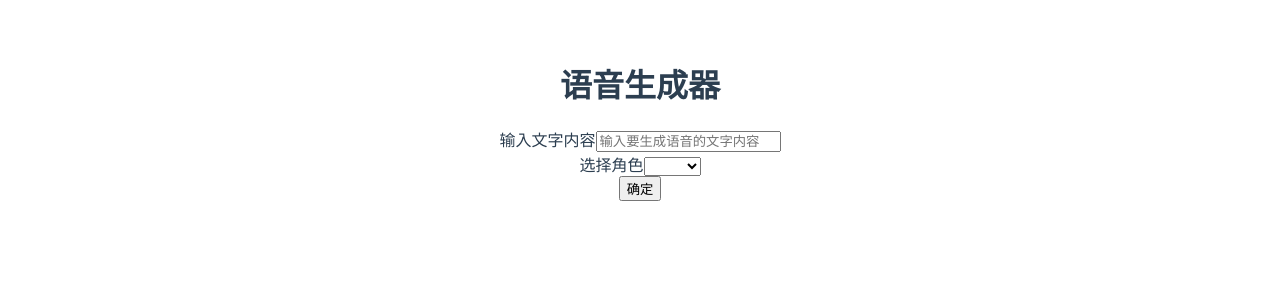
Repository: escapistmost/VOICE
Page: /
These files come from the project's save history. The page is drawn as it stood at one moment and after the next save; the edit follows.
The browser window is 1280 px wide. The pictures show the whole page.
The project was rebuilt for these pictures with package versions that can differ from the ones it lists, and the page was loaded fresh each time. Also part of the build but not shown: vue.config.js.

Above is the page before, as saved 2024-06-01 18:36:33.

### src/App.vue
<template>
  <div id="app">
    <VoiceGenerator />
  </div>
</template>

<script>
import VoiceGenerator from './components/VoiceGenerator.vue';

export default {
  name: 'App',
  components: {
    VoiceGenerator
  }
};
</script>

<style>
#app {
  font-family: Avenir, Helvetica, Arial, sans-serif;
  -webkit-font-smoothing: antialiased;
  -moz-osx-font-smoothing: grayscale;
  text-align: center;
  color: #2c3e50;
  margin-top: 60px;
}
</style>

### src/components/VoiceGenerator.vue
<template>
  <div class="container mt-5">
    <h1 class="text-center">语音生成器</h1>
    <div class="form-group">
      <label for="textInput">输入文字内容</label>
      <input type="text" class="form-control" id="textInput" v-model="text" placeholder="输入要生成语音的文字内容">
    </div>
    <div class="form-group">
      <label for="roleSelect">选择角色</label>
      <select class="form-control" id="roleSelect" v-model="selectedRole">
        <option v-for="role in roles" :key="role" :value="role">{{ role }}</option>
      </select>
    </div>
    <button class="btn btn-primary" @click="generateVoice">确定</button>
    <audio v-if="audioUrl" controls class="mt-3" :src="audioUrl"></audio>
    <button v-if="audioUrl" class="btn btn-success mt-3" @click="downloadVoice">下载</button>
  </div>
</template>

<script>
export default {
  data() {
    return {
      text: '',
      selectedRole: '',
      roles: ['角色1', '角色2', '角色3'],
      audioUrl: ''
    };
  },
  methods: {
    async generateVoice() {
      // 将 text 和 selectedRole 发送到 API 以生成语音
      const response = await fetch('API_ENDPOINT', {
        method: 'POST',
        headers: {
          'Content-Type': 'application/json'
        },
        body: JSON.stringify({
          text: this.text,
          role: this.selectedRole
        })
      });
      const data = await response.json();
      this.audioUrl = data.audioUrl; // 假设 API 返回生成语音的 URL
    },
    downloadVoice() {
      const link = document.createElement('a');
      link.href = this.audioUrl;
      link.download = 'generated-voice.mp3';
      link.click();
    }
  }
};
</script>

<style>
.container {
  max-width: 600px;
  margin: auto;
}
</style>

Loaded but not shown: public/index.html (common file); src/main.js (common file)

After the next save:
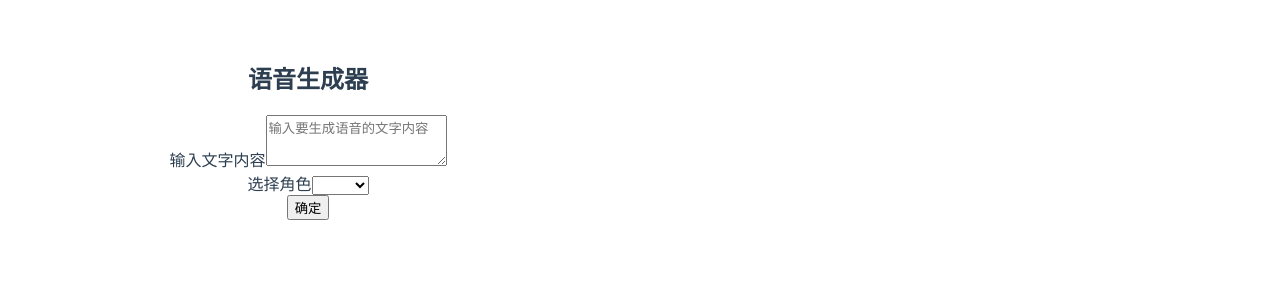
Saved 29 s later.
--- a/src/components/VoiceGenerator.vue
+++ b/src/components/VoiceGenerator.vue
@@ -1,19 +1,27 @@
 <template>
   <div class="container mt-5">
-    <h1 class="text-center">语音生成器</h1>
-    <div class="form-group">
-      <label for="textInput">输入文字内容</label>
-      <input type="text" class="form-control" id="textInput" v-model="text" placeholder="输入要生成语音的文字内容">
+    <div class="card shadow-sm">
+      <div class="card-header bg-primary text-white text-center">
+        <h2>语音生成器</h2>
+      </div>
+      <div class="card-body">
+        <div class="form-group">
+          <label for="textInput">输入文字内容</label>
+          <textarea class="form-control" id="textInput" v-model="text" rows="3" placeholder="输入要生成语音的文字内容"></textarea>
+        </div>
+        <div class="form-group">
+          <label for="roleSelect">选择角色</label>
+          <select class="form-control" id="roleSelect" v-model="selectedRole">
+            <option v-for="role in roles" :key="role" :value="role">{{ role }}</option>
+          </select>
+        </div>
+        <button class="btn btn-primary btn-block" @click="generateVoice">确定</button>
+        <div v-if="audioUrl" class="mt-4 text-center">
+          <audio controls class="w-100" :src="audioUrl"></audio>
+          <button class="btn btn-success mt-2" @click="downloadVoice">下载</button>
+        </div>
+      </div>
     </div>
-    <div class="form-group">
-      <label for="roleSelect">选择角色</label>
-      <select class="form-control" id="roleSelect" v-model="selectedRole">
-        <option v-for="role in roles" :key="role" :value="role">{{ role }}</option>
-      </select>
-    </div>
-    <button class="btn btn-primary" @click="generateVoice">确定</button>
-    <audio v-if="audioUrl" controls class="mt-3" :src="audioUrl"></audio>
-    <button v-if="audioUrl" class="btn btn-success mt-3" @click="downloadVoice">下载</button>
   </div>
 </template>
 
@@ -53,9 +61,11 @@ export default {
 };
 </script>
 
-<style>
+<style scoped>
 .container {
   max-width: 600px;
-  margin: auto;
+}
+.card {
+  border-radius: 10px;
 }
 </style>
